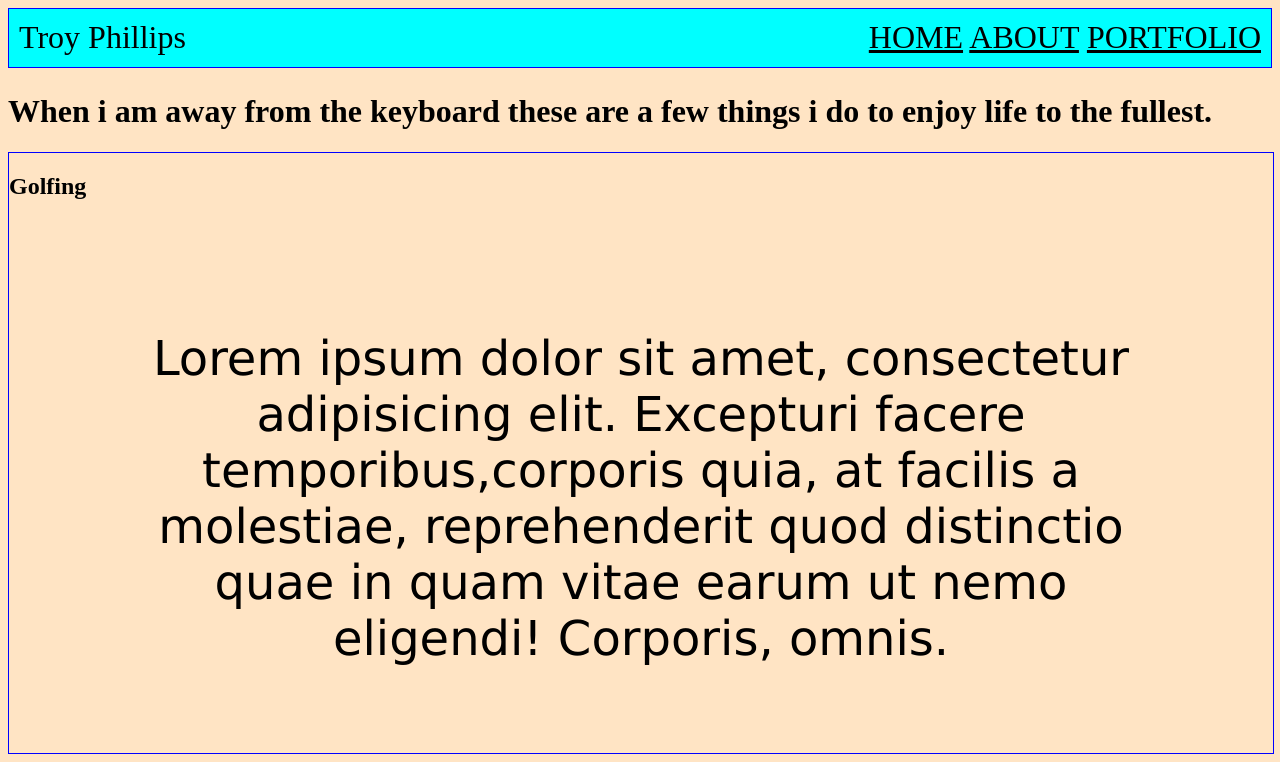
Repository: TheTroyPhillips/Personal-website
Page: about.html
These files come from the project's save history. The page is drawn as it stood at one moment and after a run of saves; the edit follows.
The browser window is 1280 px wide. The pictures show the whole page.

Above is the page before, as saved 2023-09-10 22:21:36.

### about.html
<!DOCTYPE html>
<html lang="en">
<head>
    <meta charset="UTF-8">
    <meta name="viewport" content="width=device-width, initial-scale=1.0">
    <title>Document</title>
    <link rel="stylesheet" href="style.css">
</head>
<body>
    <div class="parent">
        <div class="child">
            <span class="myname">Troy Phillips</span>
        <nav class="pages">
            <a class="active" href="/">HOME</a>
            <a href="/about.html">ABOUT</a>
            <a href="/portfolio.html">PORTFOLIO</a>
        </div>
        <h1 class="about">When i am away from the keyboard these are
            a few things i do to enjoy life to the fullest.</h1>
        <div class="childb">
            <section>
                <h2>Golfing</h2>
                <p class="pa">Lorem ipsum dolor sit amet, consectetur adipisicing elit. Excepturi facere
                     temporibus,corporis quia, at facilis a molestiae, reprehenderit quod
                      distinctio quae in quam vitae earum ut nemo eligendi! Corporis, omnis.</p>
         </div>
</body>
</html>

### style.css
.child{
    width: 100%;
    height: 60px;
    border: 1px solid blue;
    display: inline-block;
    box-sizing: border-box;
    background-color: aqua;
    padding: 10px;
}
.childb{
    width: 100%;
    height: 600px;
    border: 1px solid blue
}
.myname{
    float: left;
    font-size: 2rem;
}
.pages{
    float: right;
    font-size: 2rem;
}
.pages a.active{
    color: inherit;
}
.pages a{
    color: inherit;
}
body{
    background-color: bisque;
}
main{
    text-align: center;
    margin-left: 5%;
    margin-right: 5%;
    font-size: 1.8rem;
}
p{
    text-align: center;
    font-size: 3rem;
    font-family: Verdana, Geneva, Tahoma, sans-serif;
    margin: 130px;
}
h2{
    font-size: ;
}

After the next 3 saves:
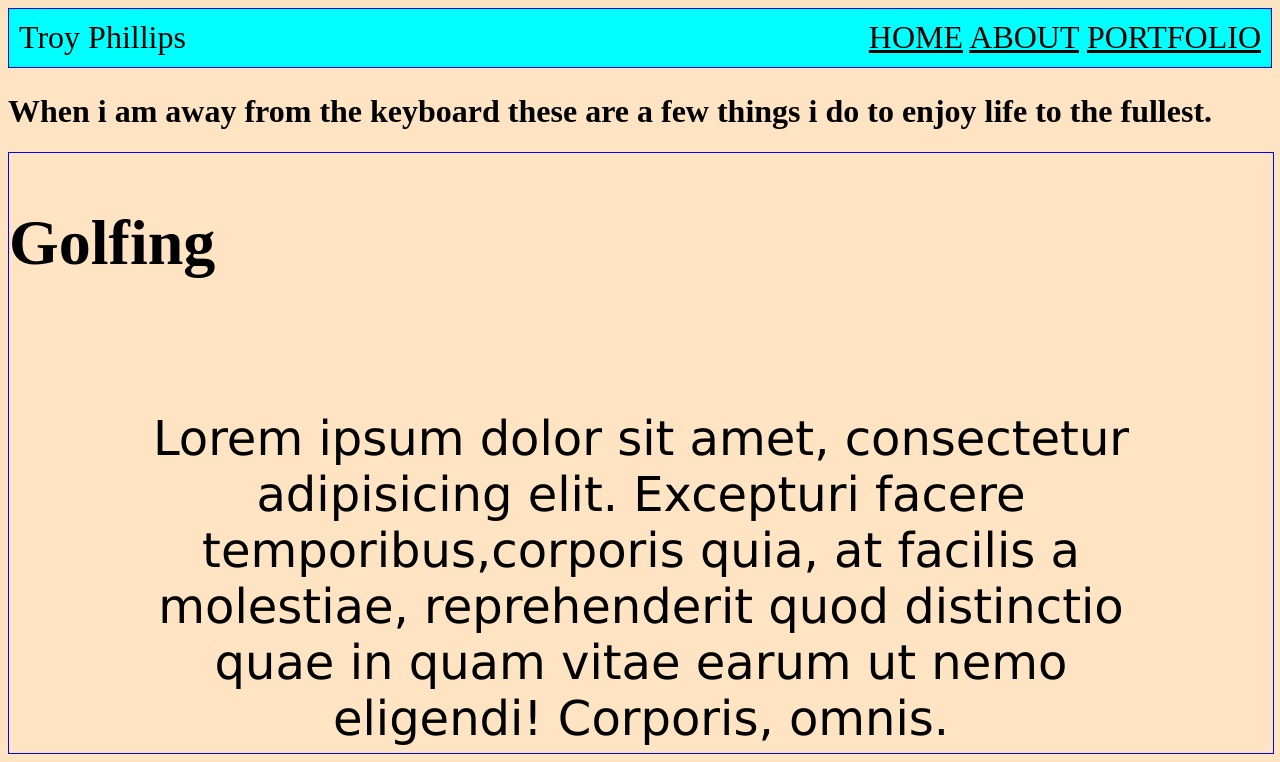
The 3 saves are shown as one change because they came seconds apart.
The last was saved 9 s later.
--- a/style.css
+++ b/style.css
@@ -42,5 +42,5 @@ p{
     margin: 130px;
 }
 h2{
-    font-size: ;
+    font-size: 4rem;
 }
